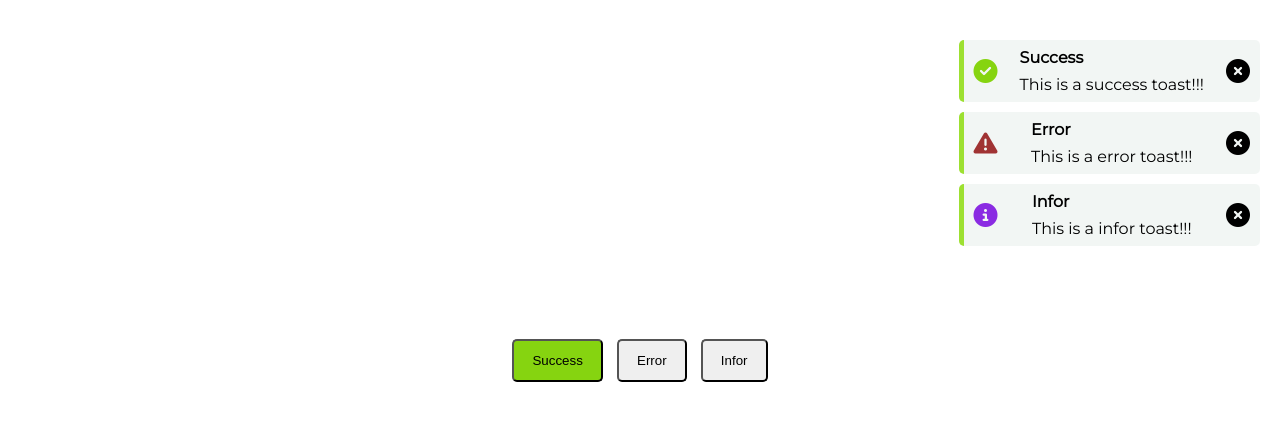
Repository: thuynguyen0964/Toast-Cooler
Page: index.html
The author's editor kept a copy of each file at every save. The page is drawn from the files as they stood at one save, then again after a run of saves.
The browser window is 1280 px wide. The pictures show the whole page.

Above is the page before, as saved 2023-01-26 20:37:37.

After the next 2 saves:
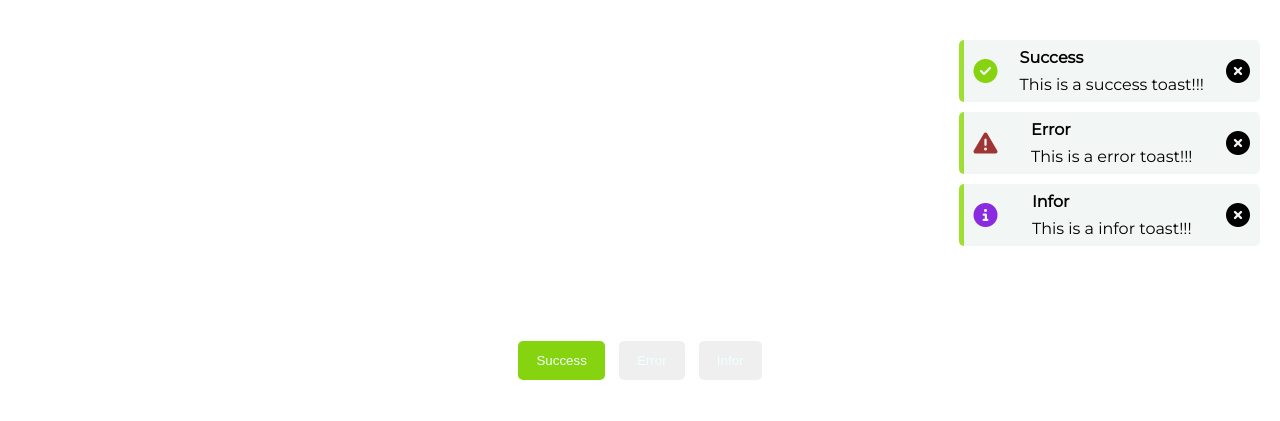
The 2 saves are shown as one change because they came seconds apart.
The last was saved 7 s later.
--- a/app/style.css
+++ b/app/style.css
@@ -53,7 +53,7 @@ body{
 }
 
 .btn{
-    col
+    color: azure;
     border: unset;
     outline: none;
     padding: 12px 18px;
